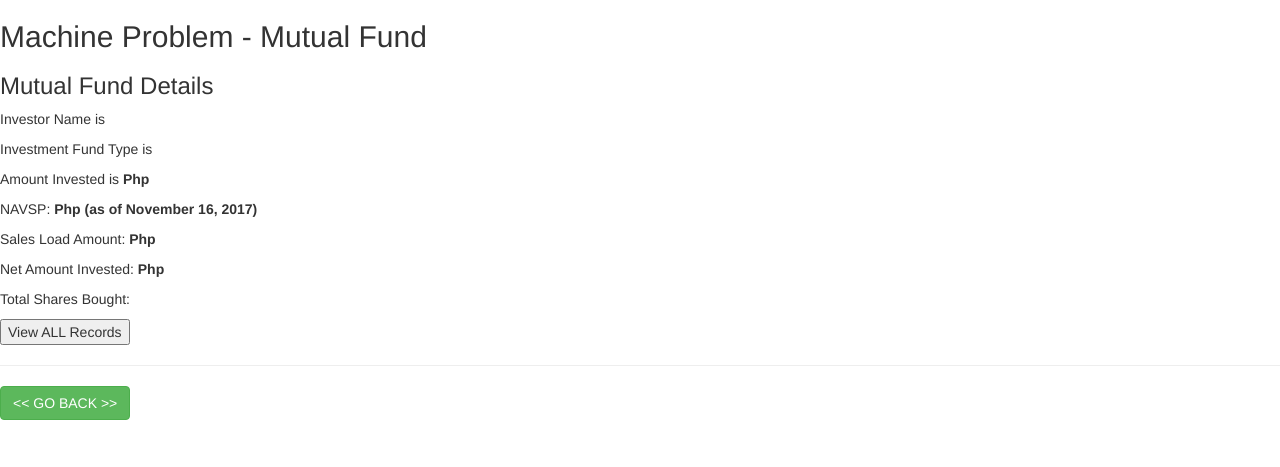
Repository: joshualaxamana/INFOSECWorkspace
Page: http://localhost/MachineProblem1/purchasedetails.jsp
An editor plug-in stored every save of this project. The page is shown before and after the next save, followed by the edit.
The browser window is 1280 px wide. The pictures show the whole page.
Some web libraries are served in a nearby version. The page is served by Tomcat 9. The template is opened directly, without the code that normally fills it, so the values that code supplies are empty.

Above is the page before, as saved 2017-11-19 16:32:41.

After the next save:
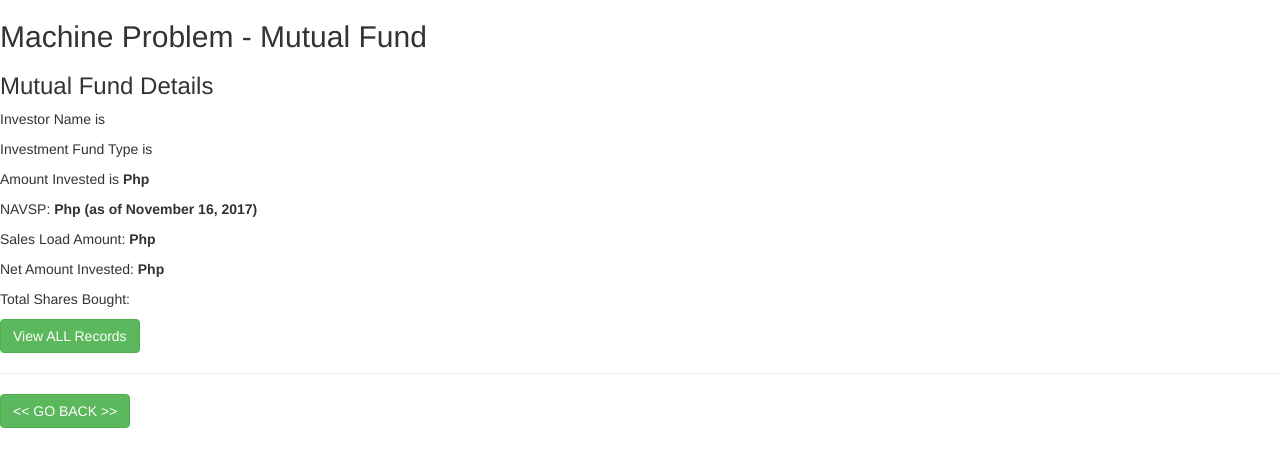
Saved 4 s later.
--- a/MachineProblem1/web/purchasedetails.jsp
+++ b/MachineProblem1/web/purchasedetails.jsp
@@ -22,7 +22,7 @@
 	<p>Total Shares Bought: <b>${investor.sharesBought}</b></p>
 
 	<form action="listallrecords.action">
-		<input type="submit" value="View ALL Records">
+		<input class="btn btn-success" type="submit" value="View ALL Records">
 	</form>
 
 	<hr>
